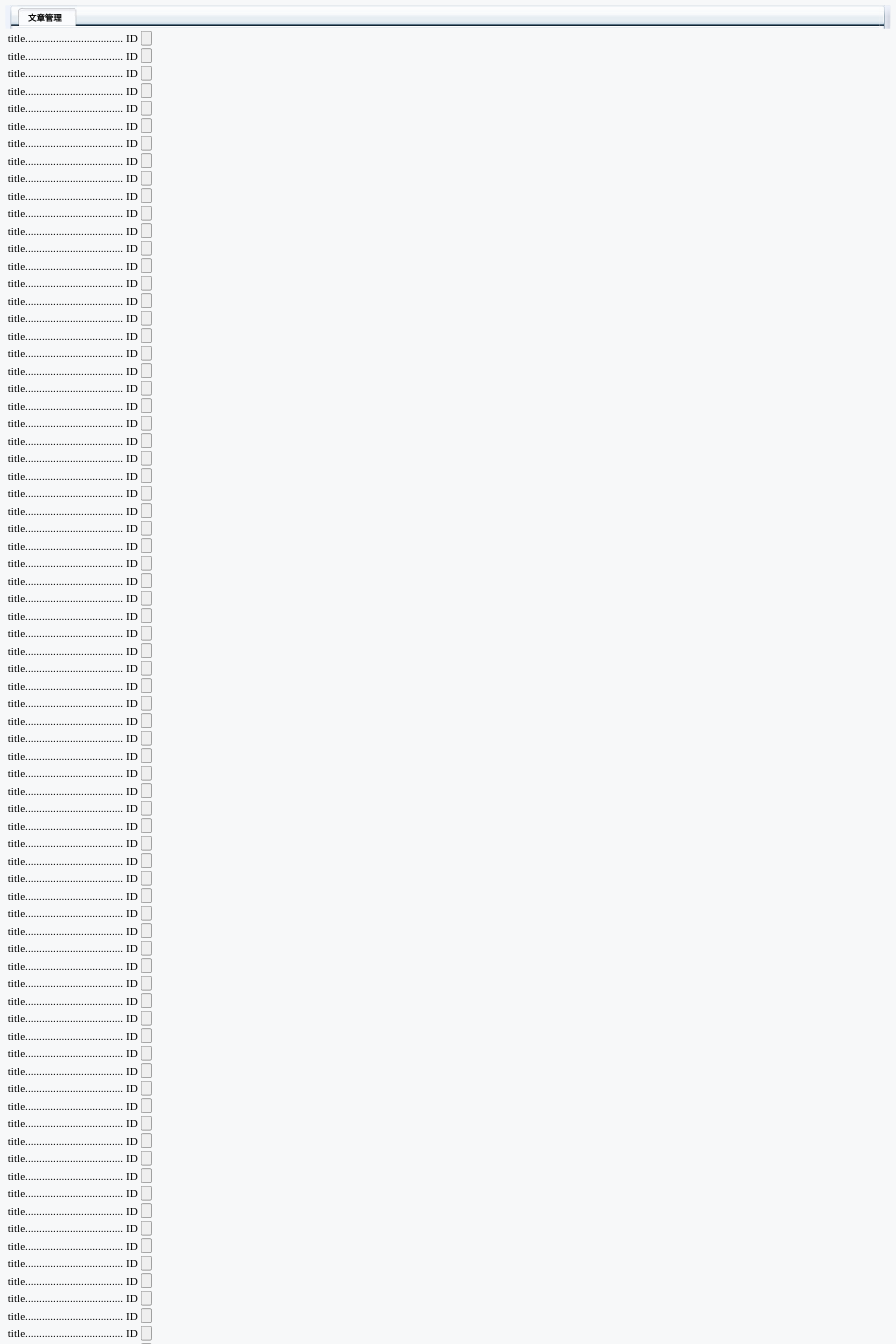
Repository: wzhcxw/shop
Page: ShopOnline/WebContent/admin/newslist.html
These files come from the project's save history. The page is drawn as it stood at one moment and after the next save; the edit follows.
The browser window is 1280 px wide. The pictures show the part of the page from y = 0 to 1920 px (the page is 2572 px tall), at 70% of full size.

Above is the page before, as saved 2014-09-23 17:57:33.

### ShopOnline/WebContent/admin/newslist.html
<!DOCTYPE html>
<!--
Copyright (c) 2003-2014, CKSource - Frederico Knabben. All rights reserved.
For licensing, see LICENSE.md or http://ckeditor.com/license
-->

<html>
<link href="../admin/images/skin.css" rel="stylesheet" type="text/css" />
<head>
<style  type="text/css">
	list{
                width:500px;
                height:150px;
                border:6px solid red;
	}

</style>
	<meta charset="utf-8">
	<script>

	function addrow(){
		alert("adddd");
		for(var i = 0 ; i < 100 ; i++)
		{
			var newTr = listtable.insertRow();
	        //添加两列
	        var newTd0 = newTr.insertCell();
	        var newTd1 = newTr.insertCell();
	        var newTd2 = newTr.insertCell();
	        var newTd3 = newTr.insertCell();

	        //设置列内容和属性
	        newTd1.innerHTML = '<div>ID</div>';
	        newTd0.innerHTML = '<div>title...................................</div>';
	        newTd2.innerHTML = '<input type=button width="50" id="box4">';
		}

	}




	</script>

</head>

<body bgcolor="#F7F8F9" id= mainbody onload ="addrow()" >

<table width="100%" border="0" cellpadding="0" cellspacing="0">
  <tr>
    <td width="17" valign="top" background="../admin/images/mail_leftbg.gif"><img src="../admin/images/left-top-right.gif" width="17" height="29" /></td>
    <td valign="top" background="../admin/images/content-bg.gif"><table width="100%" height="31" border="0" cellpadding="0" cellspacing="0" class="left_topbg" id="table2">
      <tr>
        <td height="31"><div class="titlebt">文章管理</div></td>
      </tr>
    </table></td>
    <td width="16" valign="top" background="../admin/images/mail_rightbg.gif"><img src="../admin/images/nav-right-bg.gif" width="16" height="29" /></td>
</table>

<table id = "listtable" class="list" >



</table>


<input type=button width="50" onclick="addrow()"  id="addbutton">
</body>

</html>

Loaded but not shown: ShopOnline/WebContent/admin/images/skin.css (common file)

After the next save:
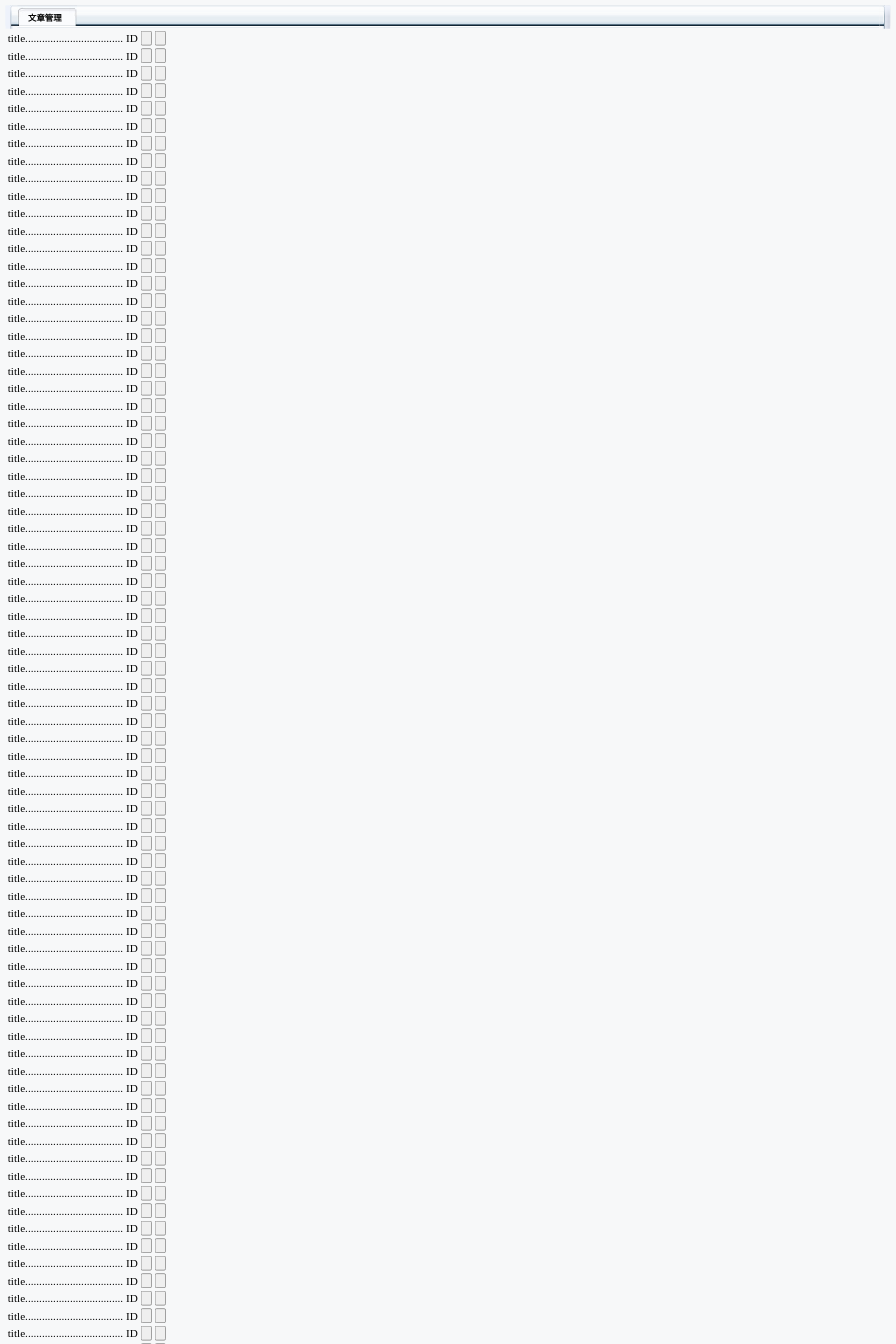
Saved 25 s later.
--- a/ShopOnline/WebContent/admin/newslist.html
+++ b/ShopOnline/WebContent/admin/newslist.html
@@ -33,6 +33,7 @@ For licensing, see LICENSE.md or http://ckeditor.com/license
 	        newTd1.innerHTML = '<div>ID</div>';
 	        newTd0.innerHTML = '<div>title...................................</div>';
 	        newTd2.innerHTML = '<input type=button width="50" id="box4">';
+	        newTd3.innerHTML = '<input type=button width="50" id="box5">';
 		}
 
 	}
